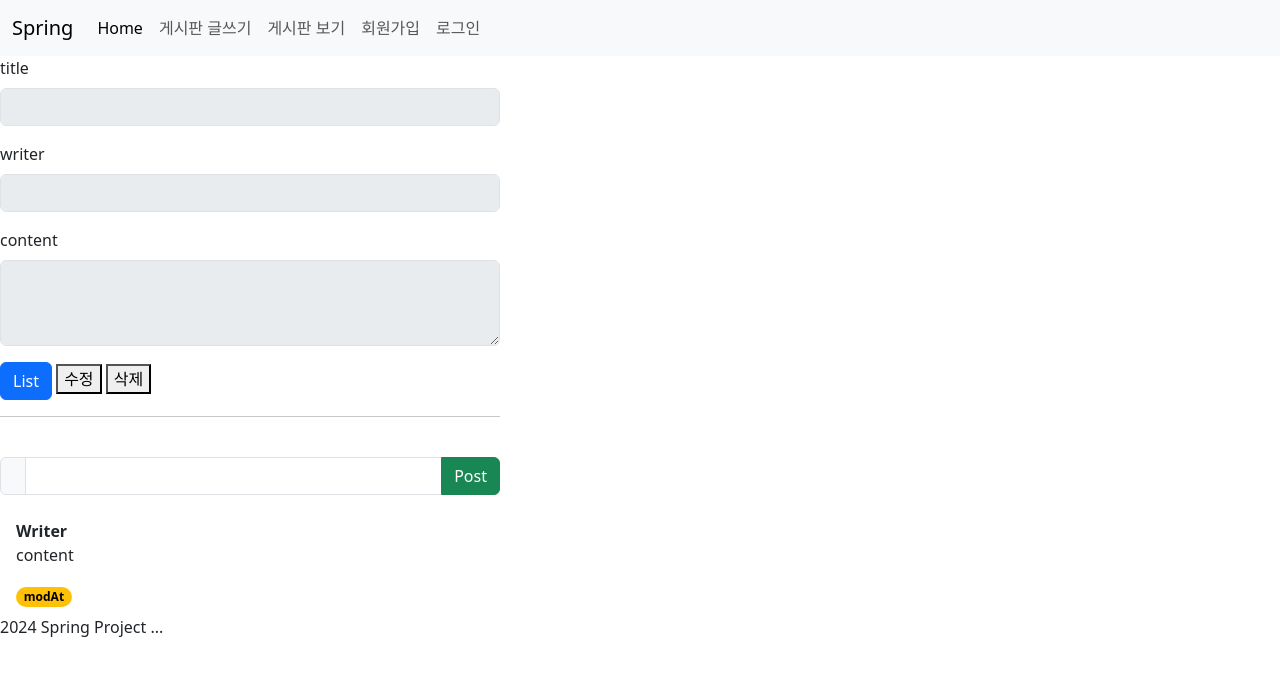
Repository: haneul030/240115
Page: http://localhost/spring_test2/WEB-INF/views/board/detail.jsp
The author's editor kept a copy of each file at every save. The page is drawn from the files as they stood at one save, then again after the next save.
The browser window is 1280 px wide. The pictures show the whole page.
The page is served by Tomcat 9. Nobody is signed in. The template is opened directly, without the code that normally fills it, so the values that code supplies are empty.

Above is the page before, as saved 2024-01-08 03:58:56.

After the next save:
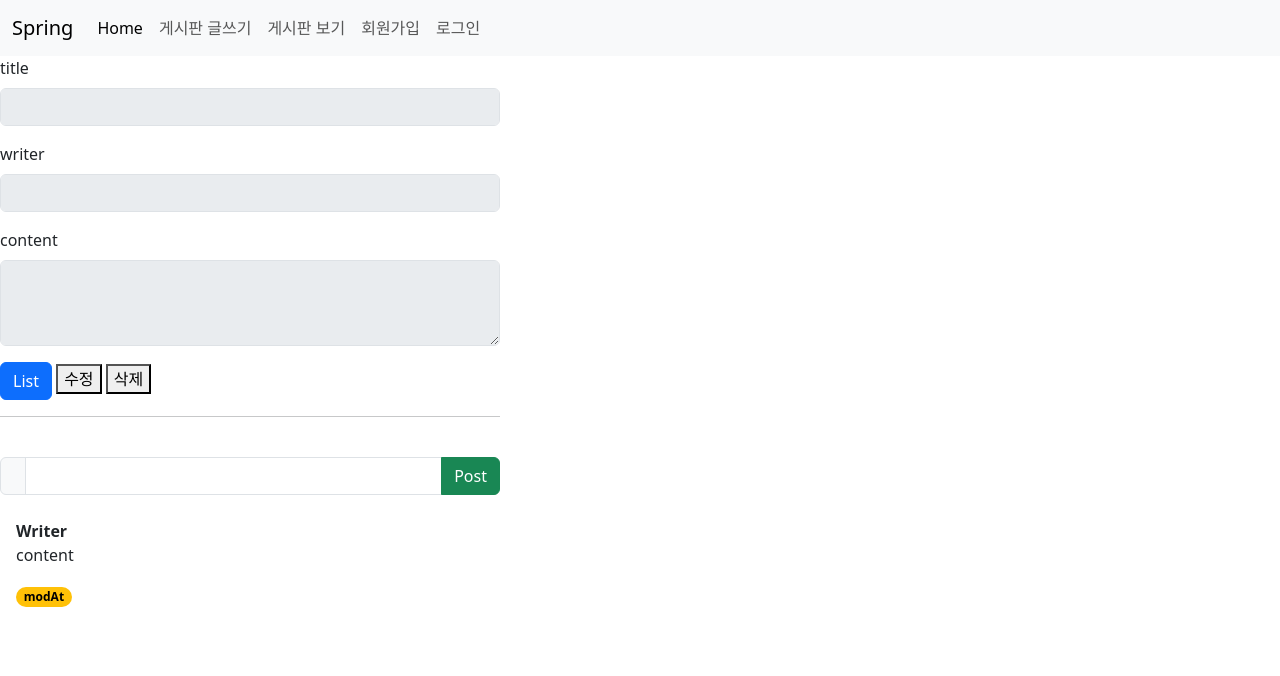
Saved 21 s later.
--- a/spring_test2/src/main/webapp/WEB-INF/views/board/detail.jsp
+++ b/spring_test2/src/main/webapp/WEB-INF/views/board/detail.jsp
@@ -49,5 +49,5 @@
 	</ul>
 
 </div>
-<script src="/resources/js/boardComment.js"></script>
+<script src="/resources/js/boardComment.js" />
 <jsp:include page="../layout/footer.jsp"></jsp:include>

After the save that followed:
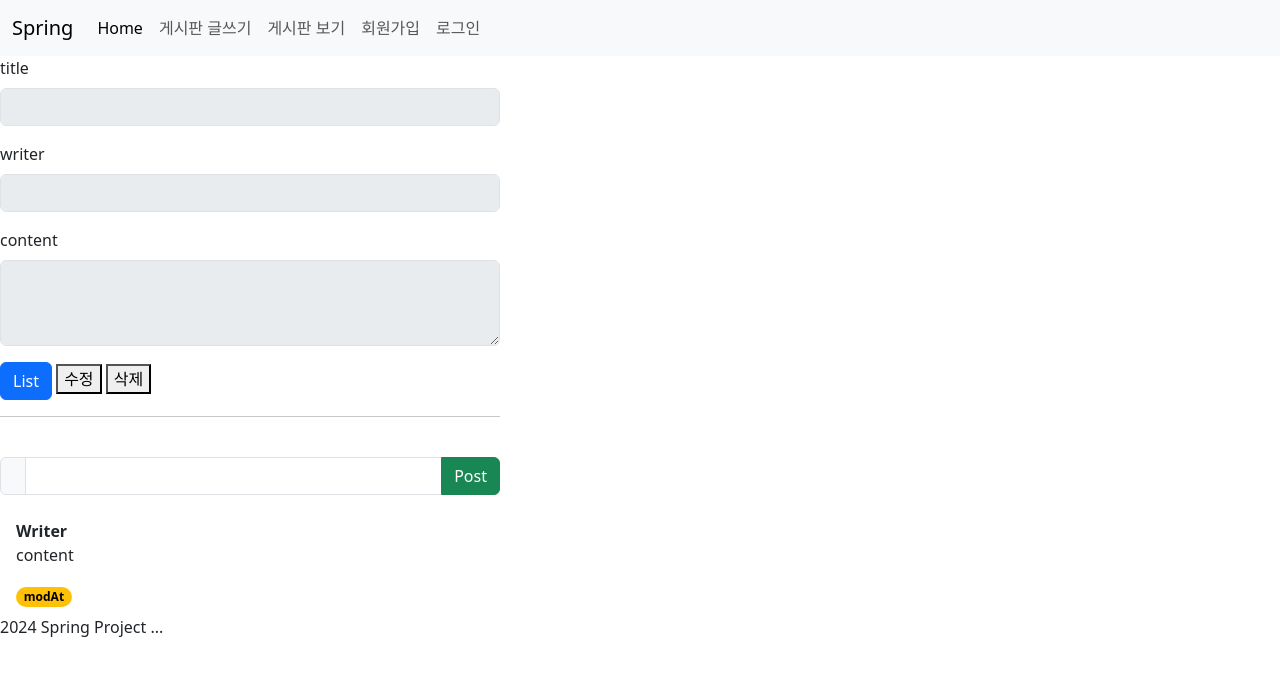
Saved 21 s later.
--- a/spring_test2/src/main/webapp/WEB-INF/views/board/detail.jsp
+++ b/spring_test2/src/main/webapp/WEB-INF/views/board/detail.jsp
@@ -49,5 +49,5 @@
 	</ul>
 
 </div>
-<script src="/resources/js/boardComment.js" />
+<script src="/resources/js/boardComment.js"></script>
 <jsp:include page="../layout/footer.jsp"></jsp:include>
